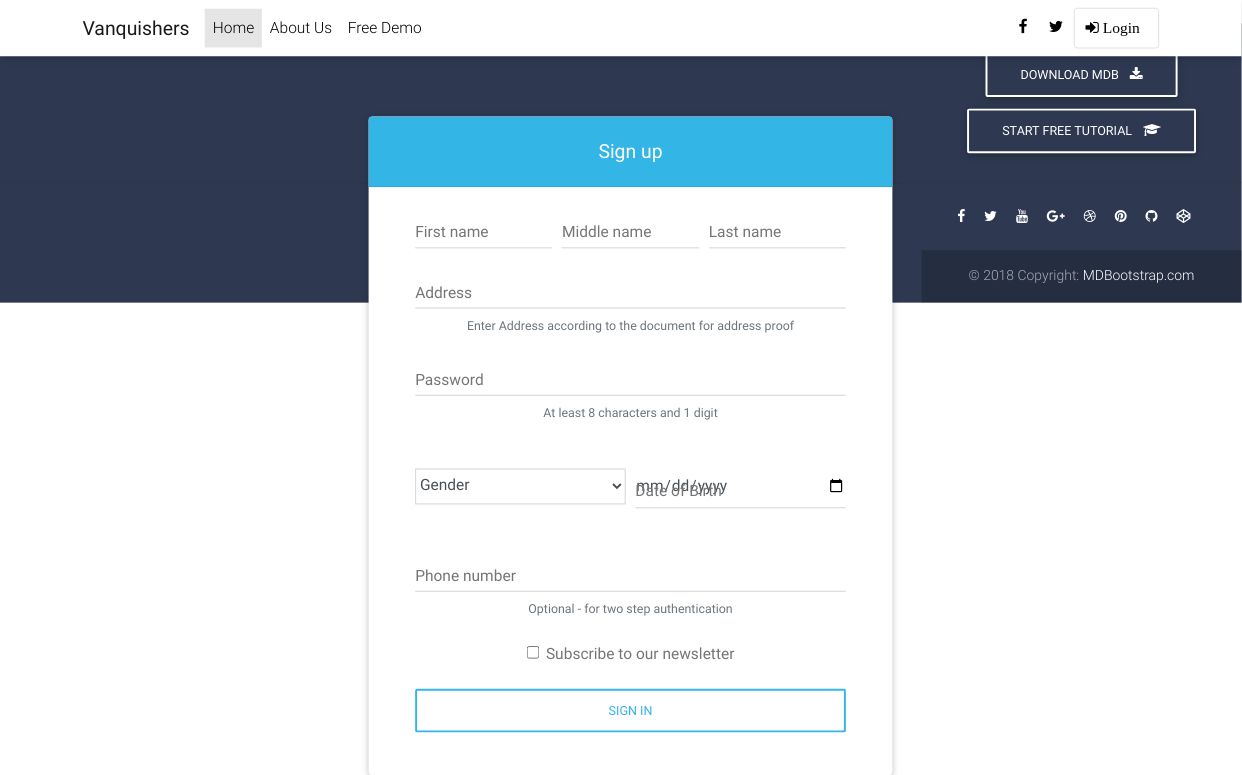
Repository: KJSCEhack/KJSCE_Vanquishers
Page: http://localhost/demo.php
The author's editor kept a copy of each file at every save. The page is drawn from the files as they stood at one save, then again after the next save.
The browser window is 1280 px wide. The pictures show the whole page, at 97% of full size.
The page is run by PHP 8.4 with error messages shown; the project is at /var/www/html/.

Above is the page before, as saved 2018-10-06 09:53:41.
Console error: TypeError: $(...).material_select is not a function

### demo.php
<?php
$hostname="localhost";
$dbname="kjsce_hackathon";
$Username="root";
$Password="qweasdzxc";

$conn = mysqli_connect($hostname,$Username,$Password,$dbname);

if(!$conn)
{
    die("connection failed:" .mysqli_connect_error());

}
mysqli_close($conn);

?>
<!DOCTYPE html>
<html lang="en">

<head>
    <meta charset="utf-8">
    <meta name="viewport" content="width=device-width, initial-scale=1, shrink-to-fit=no">
    <meta http-equiv="x-ua-compatible" content="ie=edge">
    <title>Material Design Bootstrap</title>
    <!-- Font Awesome -->
    <link rel="stylesheet" href="https://maxcdn.bootstrapcdn.com/font-awesome/4.7.0/css/font-awesome.min.css">
    <!-- Bootstrap core CSS -->
    <link href="css/bootstrap.min.css" rel="stylesheet">
    <!-- Material Design Bootstrap -->
    <link href="css/mdb.min.css" rel="stylesheet">
    <!-- Your custom styles (optional) -->
    <link href="css/style.min.css" rel="stylesheet">
</head>

<body>

    <!--Main Navigation-->
    <header>

        <!-- Navbar -->
        <nav class="navbar fixed-top navbar-expand-lg navbar-light white scrolling-navbar">
            <div class="container">

                <!-- Brand -->
      <a class="navbar-brand" href="https://mdbootstrap.com/material-design-for-bootstrap/" target="_blank">
        <strong>Vanquishers</strong>
      </a>

      <!-- Collapse -->
      <button class="navbar-toggler" type="button" data-toggle="collapse" data-target="#navbarSupportedContent" aria-controls="navbarSupportedContent"
        aria-expanded="false" aria-label="Toggle navigation">
        <span class="navbar-toggler-icon"></span>
      </button>

      <!-- Links -->
      <div class="collapse navbar-collapse" id="navbarSupportedContent">

        <!-- Left -->
        <ul class="navbar-nav mr-auto">
          <li class="nav-item active">
            <a class="nav-link" href="#">Home
              <span class="sr-only">(current)</span>
            </a>
          </li>
          <li class="nav-item">
            <a class="nav-link" href="https://mdbootstrap.com/material-design-for-bootstrap/" target="_blank">About Us</a>
          </li>
          <li class="nav-item">
            <a class="nav-link" href="https://mdbootstrap.com/getting-started/" target="_blank">Free Demo</a>
          </li>
        </ul>

        <!-- Right -->
        <ul class="navbar-nav nav-flex-icons">
          <li class="nav-item">
            <a href="https://www.facebook.com/mdbootstrap" class="nav-link" target="_blank">
              <i class="fa fa-facebook"></i>
            </a>
          </li>
          <li class="nav-item">
            <a href="https://twitter.com/MDBootstrap" class="nav-link" target="_blank">
              <i class="fa fa-twitter"></i>
            </a>
          </li>
          <li class="nav-item">
            <a href="login_page.html" class="nav-link border border-light rounded"
              target="_blank">
              <i class="fa fa-sign-in mr-2">           Login</i>
            </a>
          </li>
        </ul>

      </div>

            </div>
        </nav>
        <!-- Navbar -->

    </header>
    <!--Main Navigation-->

    <!--Main layout-->

    <div class="col-md-6" style="float:left; margin-left:350px; width:600px;">
    <main class="mt-5 pt-5">
        <div class="container">
            <!-- Material form register -->
            <div class="card">

            <h5 class="card-header info-color white-text text-center py-4">
                <strong>Sign up</strong>
            </h5>

            <!--Card content-->
            <div class="card-body px-lg-5 pt-0">

                <!-- Form -->
                <form class="text-center" style="color: #757575;">

                    <div class="form-row">
                        <div class="col">
                            <!-- First name -->
                            <div class="md-form">
                                <input type="text" id="materialRegisterFormFirstName" class="form-control">
                                <label for="materialRegisterFormFirstName">First name</label>
                            </div>
                        </div>
                        <div class="col">
                            <!-- Last name -->
                            <div class="md-form">
                                <input type="text" id="materialRegisterFormMiddleName" class="form-control">
                                <label for="materialRegisterFormMiddleName">Middle name</label>
                            </div>
                        </div>
                        <div class="col">
                            <!-- Last name -->
                            <div class="md-form">
                                <input type="text" id="materialRegisterFormLastName" class="form-control">
                                <label for="materialRegisterFormLastName">Last name</label>
                            </div>
                        </div>
                    </div>

                    <!-- Address -->
                    <div class="md-form mt-0">
                        <input type="text" id="materialRegisterFormAddress" class="form-control">
                        <label for="materialRegisterFormAddress">Address</label>
                        <small id="materialRegisterFormPasswordHelpBlock" class="form-text text-muted mb-4">
                            Enter Address according to the document for address proof
                        </small>
                    </div>

                    <!-- Password -->
                    <div class="md-form">
                        <input type="password" id="materialRegisterFormPassword" class="form-control" aria-describedby="materialRegisterFormPasswordHelpBlock">
                        <label for="materialRegisterFormPassword">Password</label>
                        <small id="materialRegisterFormPasswordHelpBlock" class="form-text text-muted mb-4">
                            At least 8 characters and 1 digit
                        </small>
                    </div>

                    <div class="form-row">
                        <div class="col">
                            <div class="md-form">
                                <select id="materialRegisterFormGender" class="form-control mdb-select md-form colorful-select dropdown-primary">
                                    <option value="" disabled selected>Gender</option>
                                    <option value="M">Male</option>
                                    <option value="F">Female</option>
                                    <option value="O">Other</option>
                                </select>
                            </div>
                        </div>
                        <div class="col">
                            <div class="md-form">
                                <input type="date" class="form-control" id="materialRegisterFormDOB">
                                <label for="materialRegisterFormDOB">Date of Birth</label>
                            </div>
                        </div>
                    </div>

                    <!-- Phone number -->
                    <div class="md-form">
                        <input type="password" id="materialRegisterFormPhone" class="form-control" aria-describedby="materialRegisterFormPhoneHelpBlock">
                        <label for="materialRegisterFormPhone">Phone number</label>
                        <small id="materialRegisterFormPhoneHelpBlock" class="form-text text-muted mb-4">
                            Optional - for two step authentication
                        </small>
                    </div>

                    <!-- Newsletter -->
                    <div class="form-check">
                        <input type="checkbox" class="form-check-input" id="materialRegisterFormNewsletter">
                        <label class="form-check-label" for="materialRegisterFormNewsletter">Subscribe to our newsletter</label>
                    </div>

                    <!-- Sign up button -->
                    <button class="btn btn-outline-info btn-rounded btn-block my-4 waves-effect z-depth-0" type="submit">Sign in</button>

                </form>
                <!-- Form -->

            </div>
</div>

            </div>
            <!-- Material form register -->
        </div>
    </main>
    <!--Footer-->
    <footer class="page-footer text-center font-small mdb-color darken-2 mt-4 wow fadeIn">

        <!--Call to action-->
        <div class="pt-4">
            <a class="btn btn-outline-white" href="https://mdbootstrap.com/getting-started/" target="_blank" role="button">Download MDB
                <i class="fa fa-download ml-2"></i>
            </a>
            <a class="btn btn-outline-white" href="https://mdbootstrap.com/bootstrap-tutorial/" target="_blank" role="button">Start free tutorial
                <i class="fa fa-graduation-cap ml-2"></i>
            </a>
        </div>
        <!--/.Call to action-->

        <hr class="my-4">

        <!-- Social icons -->
        <div class="pb-4">
            <a href="https://www.facebook.com/mdbootstrap" target="_blank">
                <i class="fa fa-facebook mr-3"></i>
            </a>

            <a href="https://twitter.com/MDBootstrap" target="_blank">
                <i class="fa fa-twitter mr-3"></i>
            </a>

            <a href="https://www.youtube.com/watch?v=7MUISDJ5ZZ4" target="_blank">
                <i class="fa fa-youtube mr-3"></i>
            </a>

            <a href="https://plus.google.com/u/0/b/107863090883699620484" target="_blank">
                <i class="fa fa-google-plus mr-3"></i>
            </a>

            <a href="https://dribbble.com/mdbootstrap" target="_blank">
                <i class="fa fa-dribbble mr-3"></i>
            </a>

            <a href="https://pinterest.com/mdbootstrap" target="_blank">
                <i class="fa fa-pinterest mr-3"></i>
            </a>

            <a href="https://github.com/mdbootstrap/bootstrap-material-design" target="_blank">
                <i class="fa fa-github mr-3"></i>
            </a>

            <a href="http://codepen.io/mdbootstrap/" target="_blank">
                <i class="fa fa-codepen mr-3"></i>
            </a>
        </div>
        <!-- Social icons -->


        <!--Copyright-->
        <div class="footer-copyright py-3">
            © 2018 Copyright:
            <a href="https://mdbootstrap.com/bootstrap-tutorial/" target="_blank"> MDBootstrap.com </a>
        </div>
        <!--/.Copyright-->

    </footer>
    <!--/.Footer-->

    <!-- SCRIPTS -->
    <!-- JQuery -->
    <script type="text/javascript" src="js/jquery-3.3.1.min.js"></script>
    <!-- Bootstrap tooltips -->
    <script type="text/javascript" src="js/popper.min.js"></script>
    <!-- Bootstrap core JavaScript -->
    <script type="text/javascript" src="js/bootstrap.min.js"></script>
    <!-- MDB core JavaScript -->
    <script type="text/javascript" src="js/mdb.min.js"></script>
    <!-- Initializations -->
    <script type="text/javascript">
        // Animations initialization
        new WOW().init();
        // Material Select Initialization
        $(document).ready(function() {
            $('.mdb-select').material_select();
        });
    </script>
</body>

</html>

Loaded but not shown: css/bootstrap.min.css (library); css/mdb.min.css (library); css/style.min.css (common file); js/jquery-3.3.1.min.js (library); js/popper.min.js (library); js/bootstrap.min.js (library); js/mdb.min.js (library)

After the next save:
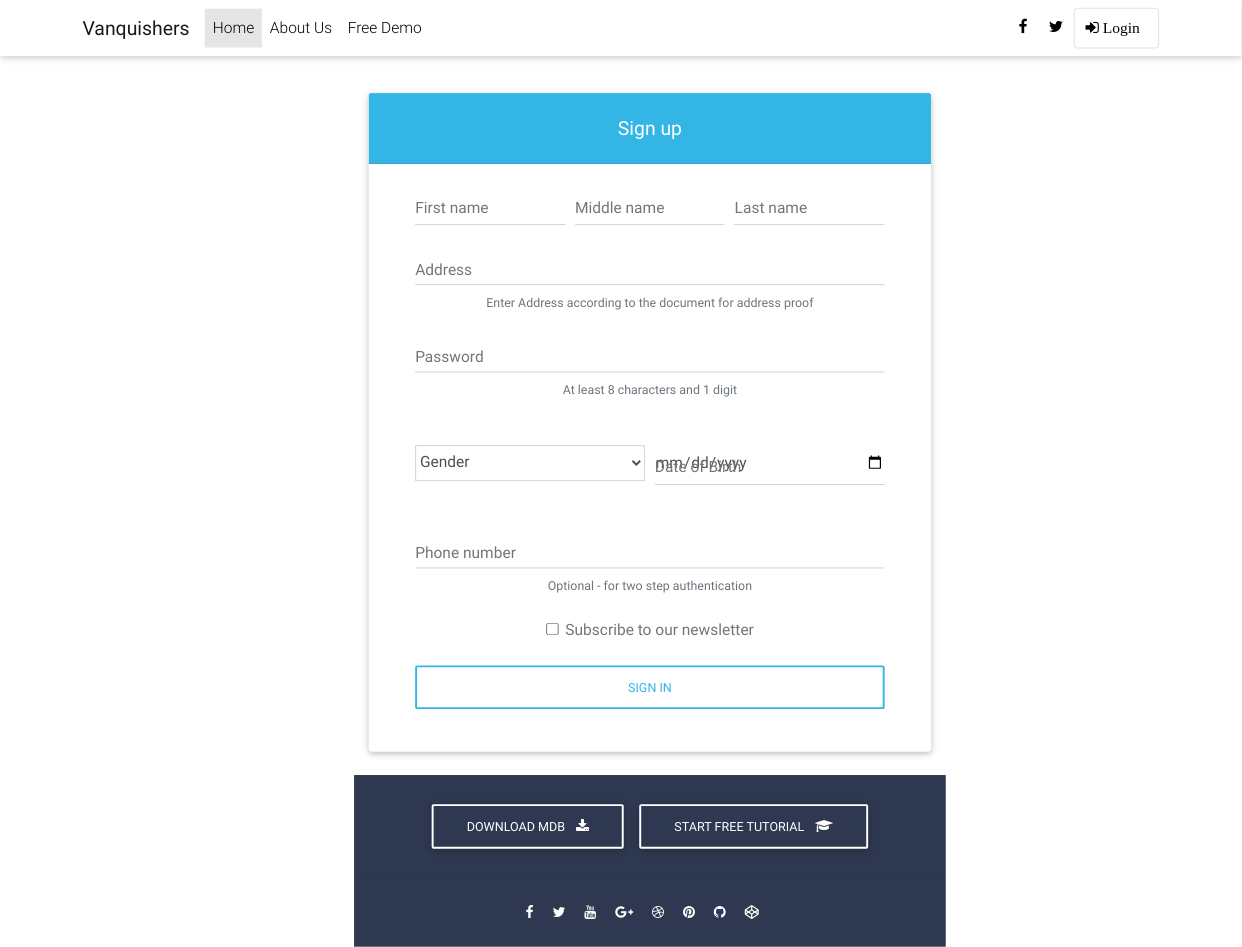
Saved 26 s later.
--- a/demo.php
+++ b/demo.php
@@ -101,7 +101,7 @@ mysqli_close($conn);
 
     <!--Main layout-->
 
-    <div class="col-md-6" style="float:left; margin-left:350px; width:600px;">
+    <div class="col-md-6" style="float:left; margin-left:350px;">
     <main class="mt-5 pt-5">
         <div class="container">
             <!-- Material form register -->
@@ -200,7 +200,6 @@ mysqli_close($conn);
                 <!-- Form -->
 
             </div>
-</div>
 
             </div>
             <!-- Material form register -->
@@ -257,7 +256,7 @@ mysqli_close($conn);
             </a>
         </div>
         <!-- Social icons -->
-
+</div>
 
         <!--Copyright-->
         <div class="footer-copyright py-3">
